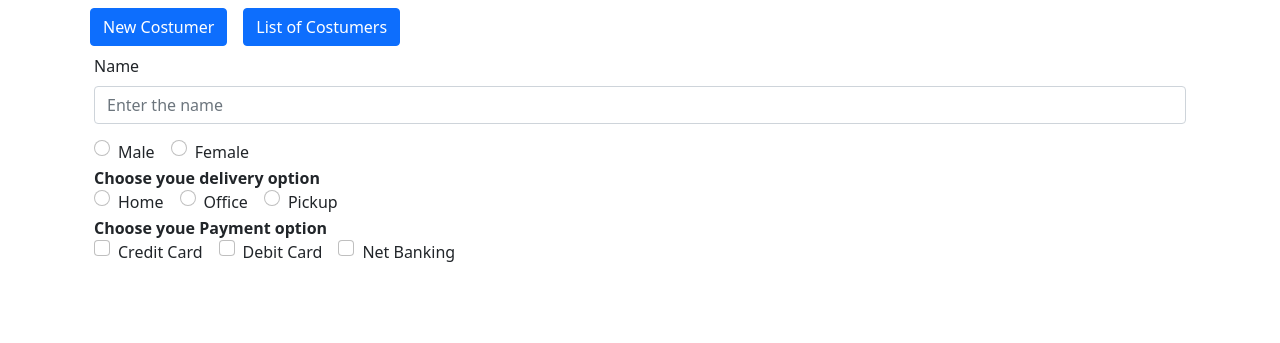
Repository: Sanjayjangra88/combo_app
Page: /, after clicking the first element matching `button.btn`
These files come from the project's save history. The page is drawn as it stood at one moment and after the next save; the edit follows.
The browser window is 1280 px wide. The pictures show the whole page.
Some web libraries are served in a nearby version. The project was rebuilt for these pictures with package versions that can differ from the ones it lists, and the page was loaded fresh each time. Also part of the build but not shown: src/App.js.

Above is the page before, as saved 2022-06-04 13:11:55.

After the next save:
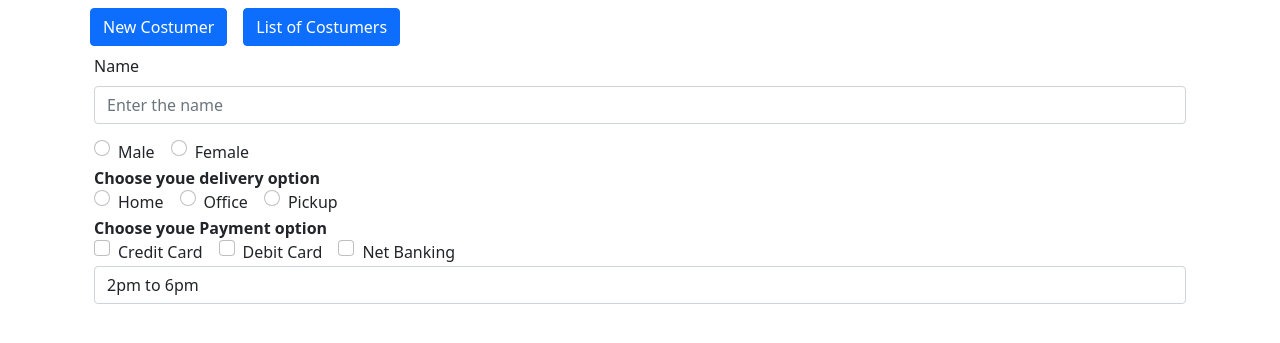
Saved 8 min 36 s later.
--- a/src/Components/dpForm.jsx
+++ b/src/Components/dpForm.jsx
@@ -3,6 +3,7 @@ import React, { Component } from 'react'
 export class dpForm extends Component {
     state={
         costumers:this.props.costumers,
+        slots:["2pm to 6pm","Before 10am","8am to 10am","after 10am"]
 
     }
     handelChange=(e)=>{
@@ -13,7 +14,8 @@ export class dpForm extends Component {
         this.setState(s1);
     }
   render() {
-      const{name,gender,del,payment}=this.state.costumers;
+      const{name,gender,del,payment,slot}=this.state.costumers;
+      const{slots}=this.state
 
     return (
       <div className='container'>
@@ -103,6 +105,13 @@ export class dpForm extends Component {
                     onChange={this.handelChange}/>
                     <label className="form-check-label">Net Banking</label>
                 </div>
+                <div className="form-group">
+
+                    <select className="form-control"name="slot"id="slot"value={slot}onChange={this.handelChange}>
+                        <option disabled value="">Select the delivery slot</option>
+                        {slots.map((ele)=><option>{ele}</option>)}
+                    </select>
+                </div>
 
       </div>
     )
